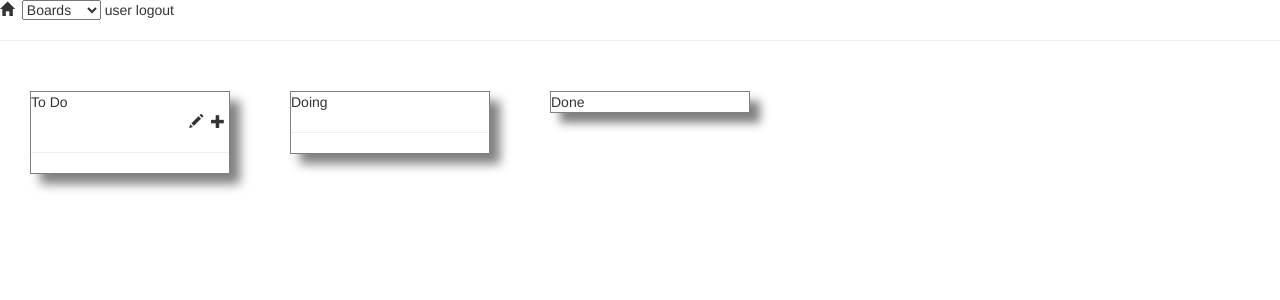
Repository: KIM-KYOUNG-OH/bitcamp-window
Page: Note/WebContent/front/note.html
An editor plug-in stored every save of this project. The page is shown before and after the next save, followed by the edit.
The browser window is 1280 px wide. The pictures show the whole page.

Above is the page before, as saved 2020-10-30 08:25:50.

After the next save:
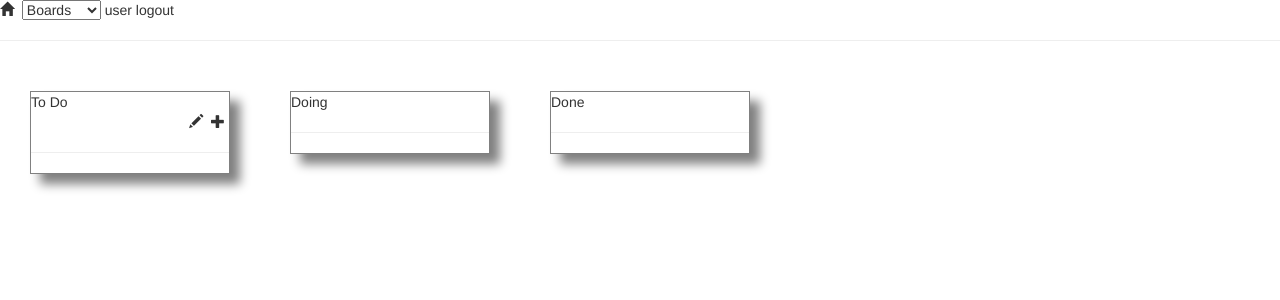
Saved 30 s later.
--- a/Note/WebContent/front/note.html
+++ b/Note/WebContent/front/note.html
@@ -306,8 +306,7 @@ function showDatas(){
 	<div class='boards'><input type="text" class='board_title'><span>Doing</span><br>
 	<hr></div>
 	<div class='boards'><input type="text" class='board_title'><span>Done</span><br>
-	<div></div>
-</div>
+	<hr></div>
 
 </body>
 </html>
